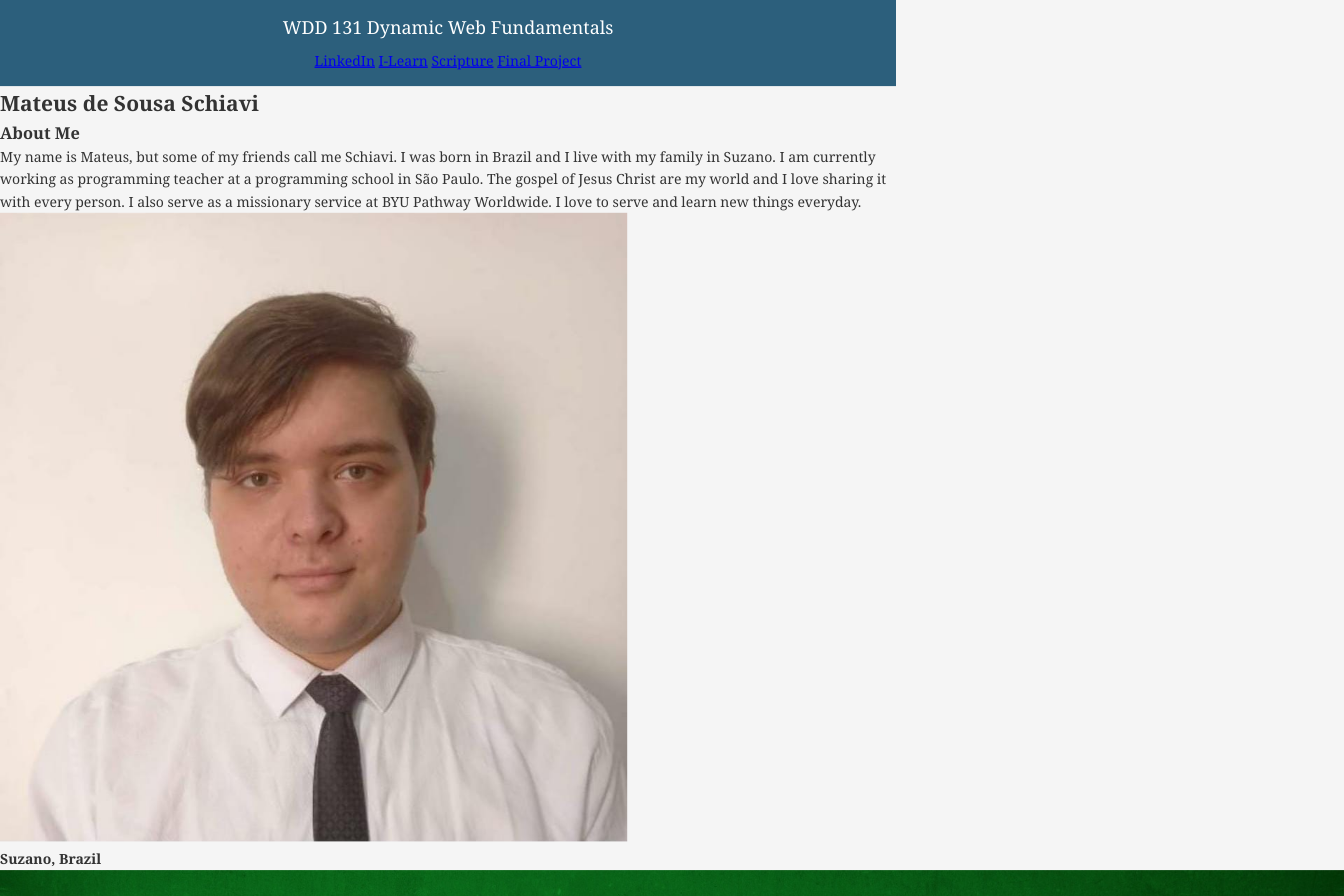
Repository: mateus-schiavi/wdd131
Page: index.html
These files come from the project's save history. The page is drawn as it stood at one moment and after the next save; the edit follows.
The browser window is 1280 px wide. The page is 1920 px wide, so the pictures cover 1920 px, including what lies to the right of the window. The pictures show the part of the page from y = 0 to 1280 px (the page is 2933 px tall before and 2963 px after), at 70% of full size.
Some web fonts or font styles are not loaded; a fallback is used.

Above is the page before, as saved 2026-01-10 18:10:20.

After the next save:
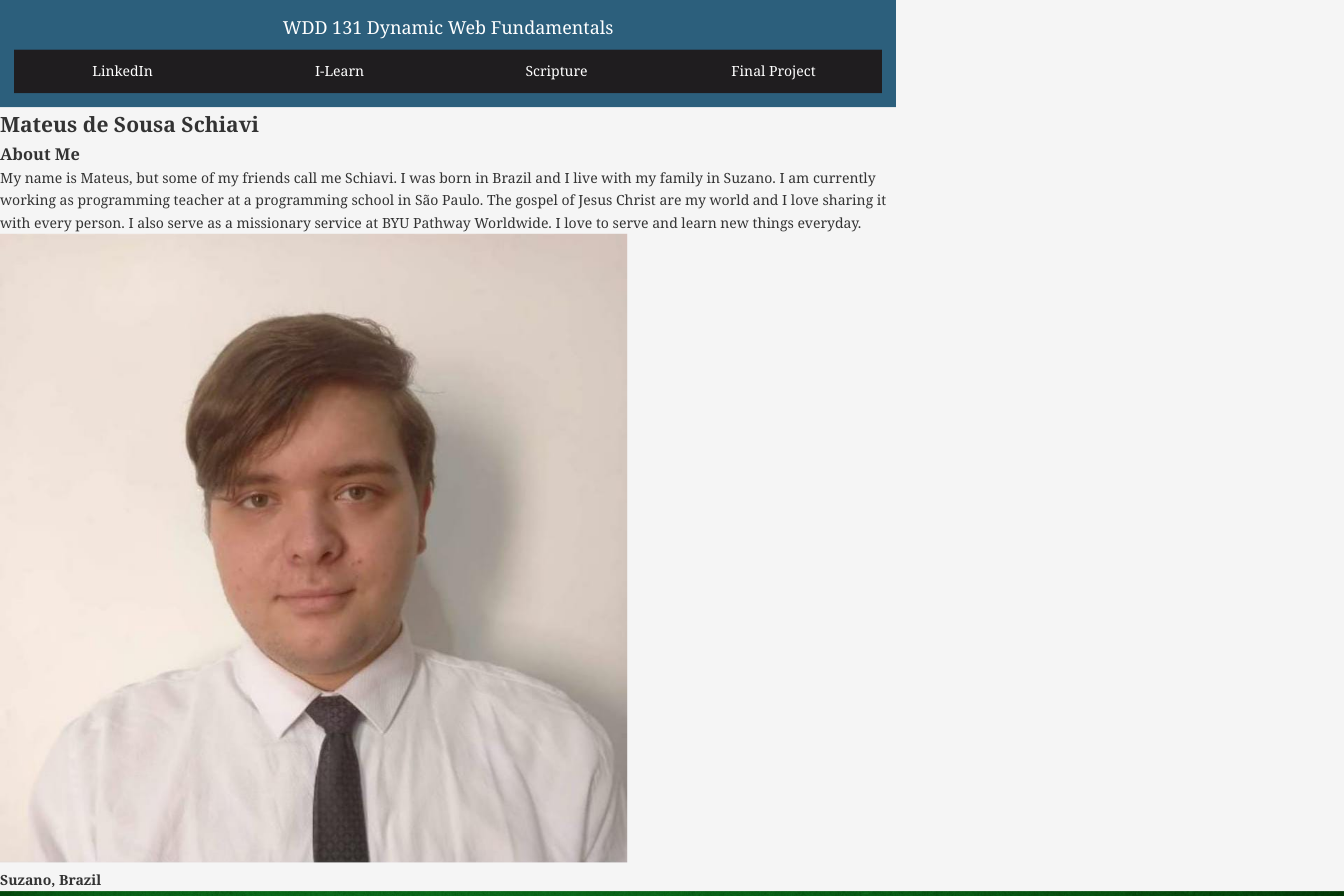
Saved 71 s later.
--- a/styles/base.css
+++ b/styles/base.css
@@ -25,3 +25,20 @@ header {
   font-weight: 400;
   margin-bottom: 10px;
 }
+
+nav {
+  background-color: #1f1d1f;
+  display: flex;
+  justify-content: space-around;
+  flex-wrap: wrap;
+}
+
+nav a {
+  color: white;
+  text-decoration: none;
+  padding: 15px 20px;
+  display: block;
+  flex: 1;
+  text-align: center;
+  transition: background-color 0.3s;
+}
